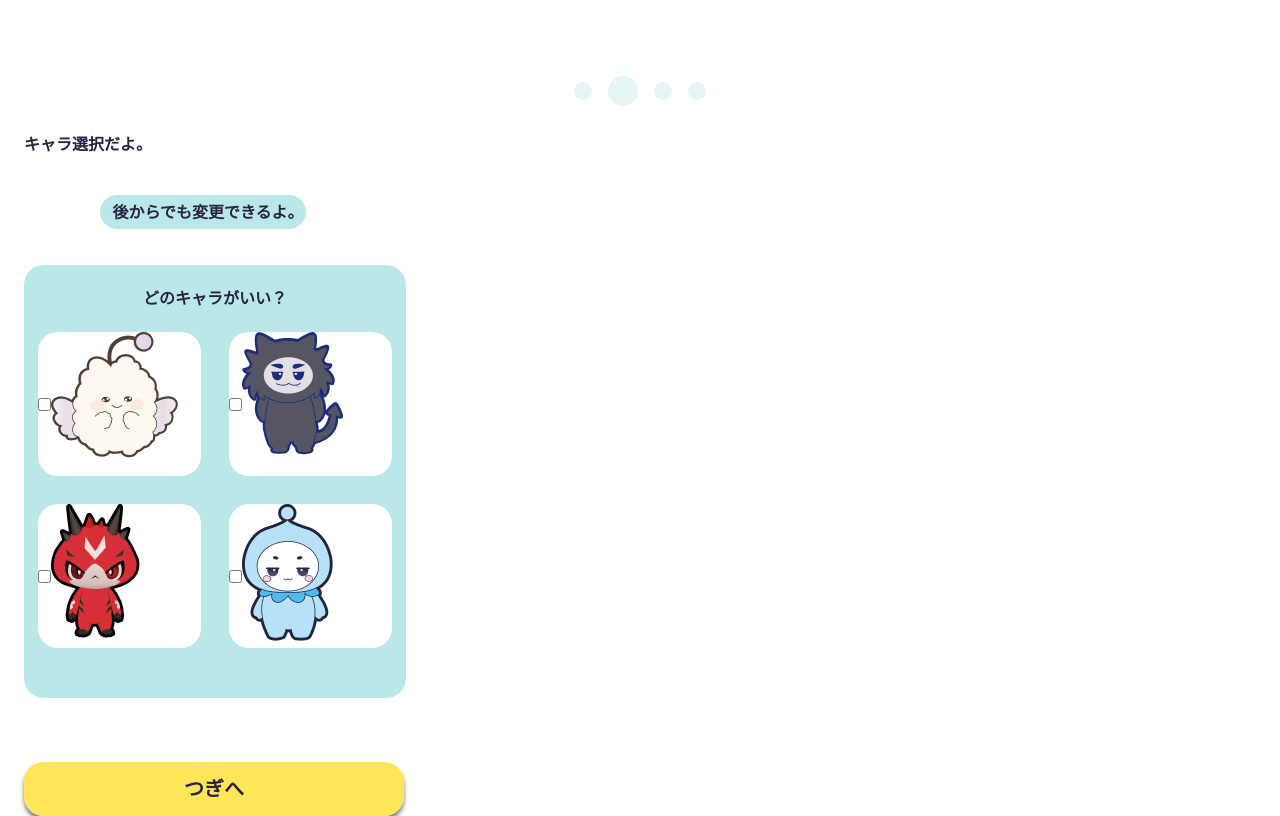
Repository: misaki0919/Self-care
Page: character.html
These files come from the project's save history. The page is drawn as it stood at one moment and after the next save; the edit follows.
The browser window is 1280 px wide. The pictures show the whole page.
Some web fonts or font styles are not loaded; a fallback is used.

Above is the page before, as saved 2026-07-19 10:43:03.

After the next save:
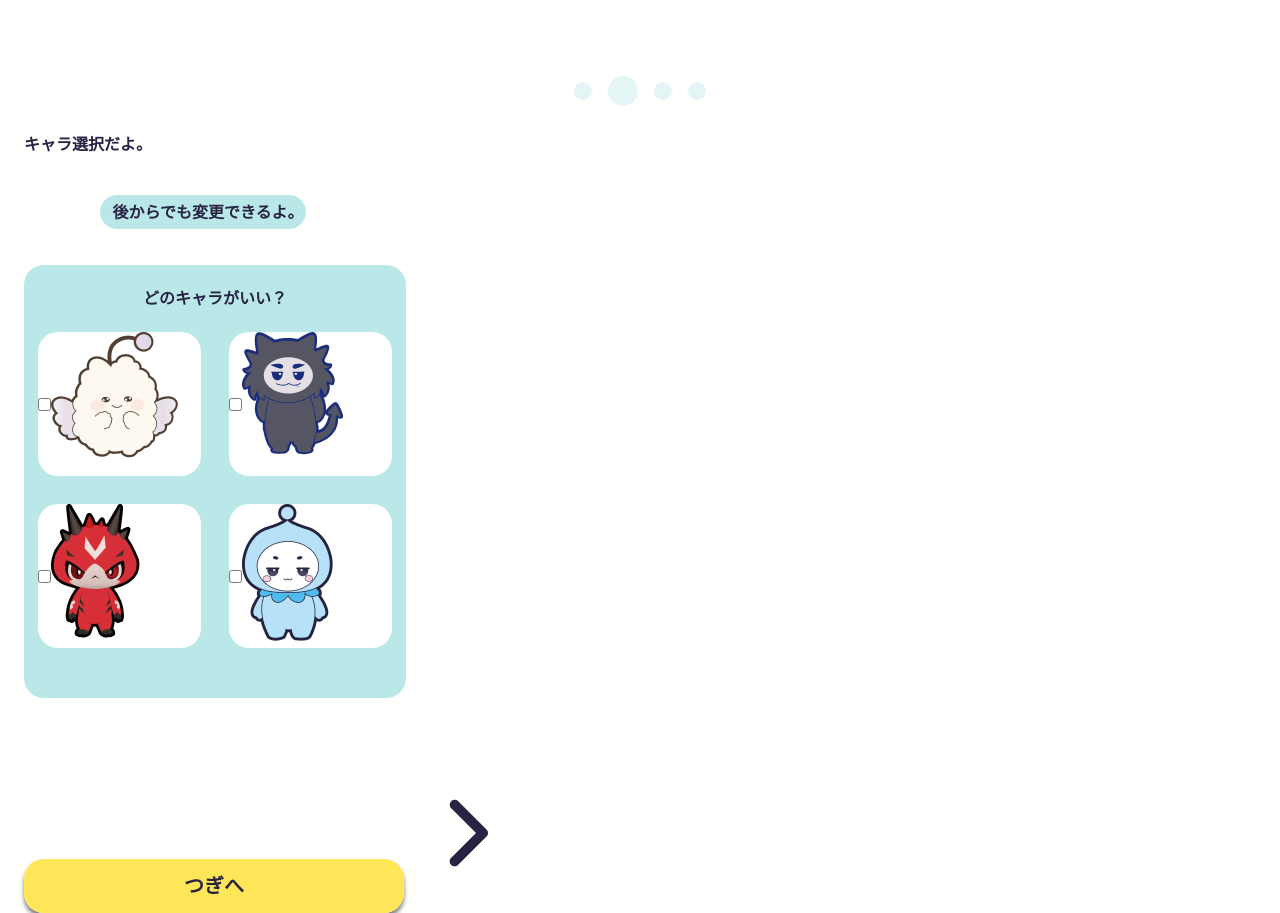
Saved 66 s later.
--- a/character.html
+++ b/character.html
@@ -53,8 +53,10 @@
     </div>
 
 
-    <a href="support.html" class="next zen-maru-gothic-regular">つぎへ</a>
-
+    <div class="images-wrap">
+        <a href="support.html" class="next zen-maru-gothic-regular">つぎへ</a>
+        <img class="images" src="images/next.png" alt="画像">
+    </div>
 
 </body>
 </html>
